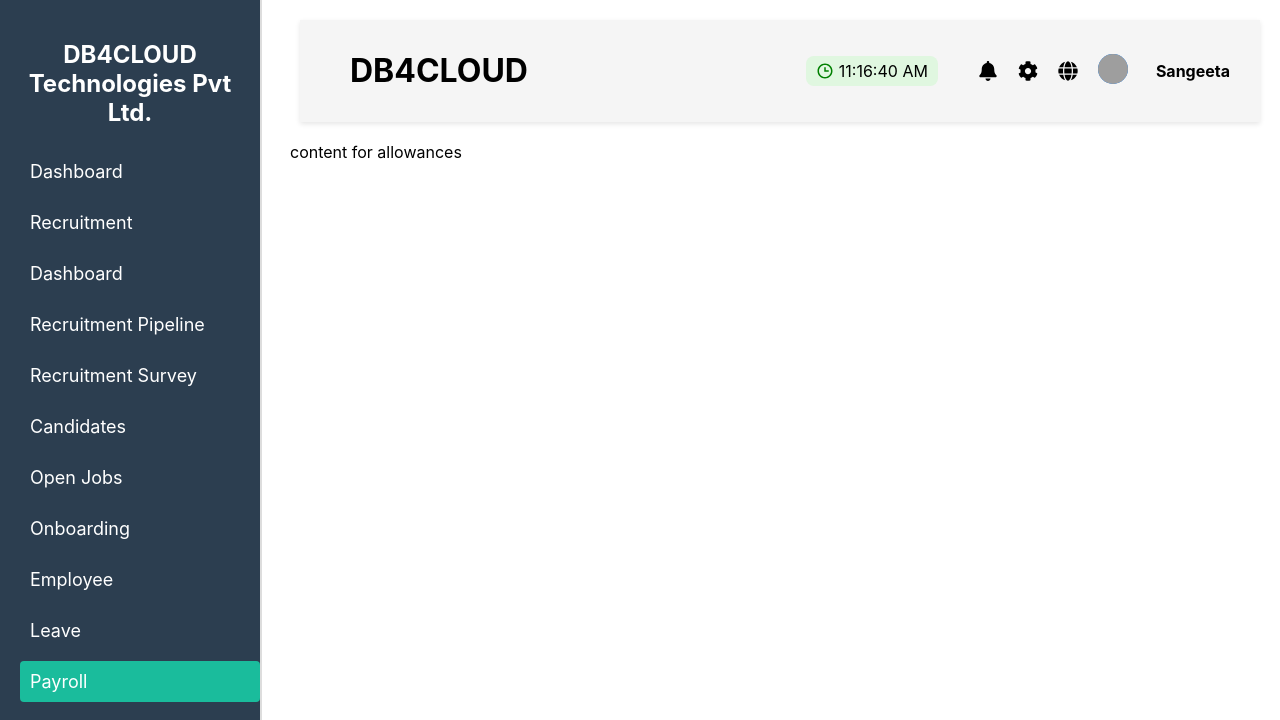
Repository: tinu-ns/Dev-code
Page: /payroll/allowances (app in HRMS-DEMO-Sang/hrms/)
An editor plug-in stored every save of this project. The page is shown before and after the next save, followed by the edit.
The browser window is 1280 px wide. The pictures show the whole page.
Pictures or frames that could not be fetched are drawn as grey boxes. The project was rebuilt for these pictures with package versions that can differ from the ones it lists, and the page was loaded fresh each time. Also part of the build but not shown: HRMS-DEMO-Sang/hrms/src/components/Dashboard.js, HRMS-DEMO-Sang/hrms/src/components/Recruitment.js, HRMS-DEMO-Sang/hrms/src/components/Leave.js, HRMS-DEMO-Sang/hrms/src/components/Employee.js, HRMS-DEMO-Sang/hrms/src/components/MainContent.css, HRMS-DEMO-Sang/hrms/src/components/MainContent.js, HRMS-DEMO-Sang/hrms/src/components/RightSidebar.css, HRMS-DEMO-Sang/hrms/src/components/RightSidebar.js and 7 more. Imported but missing from the stored project, and not drawn on this page: HRMS-DEMO-Sang/hrms/src/components/Onboarding, HRMS-DEMO-Sang/hrms/src/components/Performance.

Above is the page before, as saved 2024-11-06 15:15:25.

### HRMS-DEMO-Sang/hrms/src/App.js
// App.js
import React from 'react';
import { BrowserRouter as Router, Route, Routes, Navigate } from 'react-router-dom';
import Sidebar from './components/Sidebar';
import Dashboard from './components/Dashboard';
import Recruitment from './components/Recruitment';
import Onboarding from './components/Onboarding';
import Performance from './components/Performance';
//import Payroll from './components/Payroll/Payroll';
import Leave from './components/Leave';
import Employee from './components/Employee';
import Header from './components/Header';
import MainContent from './components/MainContent';
import RightSidebar from './components/RightSidebar';
import RecruitmentDashboard from './components/Recruitment/RecruitmentDashboard';
import RecruitmentPipeline from './components/Recruitment/RecruitmentPipeline';
import Allowances from './components/Payroll/Allowances';
import Contract from './components/Payroll/Contract';
import Deductions from './components/Payroll/Deductions';
import Payslips from './components/Payroll/Payslips';
import PayrollDashboard from './components/Payroll/PayrollDashboard';
import EmployeeDashboard from './components/Employee/EmployeeDashboard';


import './App.css';

function App() {
  return (
    <Router>
      <div className="app">
        <Sidebar />
        <div className='content-container'>
          <Header />
          <div className="main-section">
            <Routes>
              {/* Main Dashboard Route */}
              <Route path="/" element={<><MainContent /><RightSidebar /></>} />

              {/* Subpage Routes */}
              <Route path="/dashboard" element={<Dashboard />} />
              <Route path="/recruitment" element={<Recruitment />} />
              <Route path="/recruitment/dashboard" element={<RecruitmentDashboard />} />
              <Route path="/recruitment/pipeline" element={<RecruitmentPipeline />} />
              <Route path="/recruitment/survey" element={<div>Survey Page</div>} />
              <Route path="/recruitment/candidates" element={<div>Candidates Page</div>} />
              <Route path="/recruitment/open-jobs" element={<div>Open Jobs Page</div>} />
              <Route path="/onboarding" element={<Onboarding />} />
              <Route path="/employee" element={<Employee />} />

              {/* Payroll Section Routes */}

              <Route path="/employee" element={<EmployeeDashboard />} />
            {/* Other routes */}
            <Route path="*" element={<Navigate to="/employee" />} />

              <Route path="/leave" element={<Leave />} />

              {/* Payroll Section Routes
              <Route path="/payroll" element={<Payroll />} />  */}
              <Route path="/payroll/allowances" element={<Allowances />} />
              <Route path="/payroll/contract" element={<Contract />} />
              <Route path="/payroll/deductions" element={<Deductions />} />
              <Route path="/payroll/payslips" element={<Payslips />} />
              <Route path="/payroll/payroll-dashboard" element={<PayrollDashboard />} />
              <Route path="/performance" element={<Performance />} />


              {/* Redirect unknown routes to main dashboard */}
              <Route path="*" element={<Navigate to="/" />} />
            </Routes>
          </div>
        </div>
      </div>
    </Router>
  );
}

export default App;

### HRMS-DEMO-Sang/hrms/src/components/Header.js
import React, {useState,useEffect} from 'react'
import {FaBell, FaCog, FaGlobe, FaSignOutAlt} from 'react-icons/fa'
import {BiTime} from 'react-icons/bi'
import './Header.css'

const Header = () => {
    const [currentTime, setCurrentTime] = useState('')
    const [showDropdown, setShowDropdown] = useState(false);

    const getCurrentTime = () => {
        const now = new Date()
        return now.toLocaleTimeString()   // Returns time as HH:MM:SS
    }

// Update time every second
useEffect(() => {
    const timer = setInterval(() => {
      setCurrentTime(getCurrentTime());
    }, 1000); // Update every 1000ms (1 second)

    // Cleanup interval on component unmount
    return () => clearInterval(timer);
  }, []); // Empty dependency array to run only on mount/unmount


    const toggleDropdown = () => {
        setShowDropdown(!showDropdown)
    }


  return (
    <header className='bg-container'>
      <div className='header'>
        <div className="header-left">
        <button className='menu-button'></button>
        <h1>DB4CLOUD</h1>
        </div>

        <div className="header-right">
          {/*  <p>You cannot mark attendence from this network</p> */}

                {/* Time display*/ }
                <div className="time-box">
                    <BiTime className='time-icon' />
                    <span>{currentTime}</span>
                </div>

                {/*Icons for notificatins, settings, etc. */}
                <FaBell className='icon' title='Notifications' />
                <FaCog className="icon" title="Settings" />
                <FaGlobe className='icon' title='Language' />

                {/* User Profile with dropdown*/ }

                <div className="user-profile" onClick={toggleDropdown}>
                    <div className="user-avatar">
                    < img src="https://th.bing.com/th/id/OIP.Pgv1PargHCECE7gCB5kJ-wHaKx?rs=1&pid=ImgDetMain"
                alt="user-Avatar" className="avatar" />
                    </div>
                    <span className="user-name">Sangeeta</span>

{showDropdown && (
    <div className="dropdown">
        <ul>
            <li>Profile</li>
            <li>Setting</li>
            <li>
                <FaSignOutAlt /> Logout
            </li>
        </ul>
    </div>
)}

</div>

     {  /*      <div className="user-info">
                <span className='user-name'>Shalu</span>
                < img src="https://th.bing.com/th/id/OIP.Pgv1PargHCECE7gCB5kJ-wHaKx?rs=1&pid=ImgDetMain"
                alt="user-Avatar" className="avatar" />
            </div>
            */ }
        </div>


      </div>

    </header>
  )
}

export default Header

### HRMS-DEMO-Sang/hrms/src/components/Payroll/Allowances.js
import React from 'react'

const Allowances = () => {
  return (
    <div>
      content for allowances
    </div>
  )
}

export default Allowances

### HRMS-DEMO-Sang/hrms/src/App.css
.app{
  display: flex;
  height: 100vh;
  background-color: #f4f4f4;
}

.content-container{
  flex-grow: 1;
  padding: 20px;
  background-color: #fff;
  margin-left: 200px;
  display: flex;
  flex-direction: column;

}

.main-section{
  display: flex;
  justify-content: space-between;
  padding: 20px;
}


.sidebar {
  width: 220px;
  background-color: #2c3e50;
  position: fixed;
  height: 100vh;
}

### HRMS-DEMO-Sang/hrms/src/components/Sidebar.css
 .container{
    display: flex;
    height: 100vh;
    margin-right: 50px;
}

/*
.content{
    flex-grow: 1;
    padding: 20px;
    padding-left: 50px;

}  */

.sidebar {
    width: 220px;
    height: 100vh;
    background-color: #503f2c;
    padding: 20px;
    color: white;
    height: 100vh;
    position: fixed;
    border-right: 2px solid #ddd;
    overflow-y: auto;        /* Allows vertical scrolling */
    position: fixed;
    margin-right: 200px;        /* Keeps sidebar fixed on the left side */

  }



  .sidebar h2{
    text-align: center;
    margin-bottom: 30px;
    font-size: 24px;
  }

  .sidebar-list{
    list-style-type: none;
    padding: 0;
  }


  .sidebar-list li{
    margin-bottom: 15px;
  }

  .sidebar-list li a {
    color: white;
    text-decoration: none;
    font-size: 18px;
    padding: 10px;
    border-radius: 4px;
    display: block;
  }

  .sidebar-list li a:hover{
    color: #1abc9c;
  }

  .sidebar-list li a.active{
    background-color: #1abc9c;
    color: white;
  }

  .sidebar {
    width: 250px;
    background-color: #2E3A46;
    color: #FFF;
    padding: 20px;
    height: 100vh;
  }

  .sidebar h2 {
    font-size: 1.5em;
    margin-bottom: 1em;
  }

  .sidebar ul {
    list-style: none;
    padding: 0;
  }

  .sidebar li {
    margin: 10px 0;
  }

  .sidebar li ul {
    margin-top: 5px;
  }

  .sidebar a {
    color: #FFF;
    text-decoration: none;
  }

  .sidebar a:hover {
    text-decoration: underline;
  }

  .sidebar a.active {
    color: #20c997;
  }

  .sidebar ul li a:hover, .menu-toggle:hover {
    background-color: #34495e;
  }

  .menu-toggle {
    background: none;
    border: none;
    color: #ecf0f1;
    font-size: 1rem;
    text-align: left;
    cursor: pointer;
    width: 100%;
    padding: 10px;
  }

  .submenu {
    list-style-type: none;
    padding-left: 20px;
  }

  .submenu li a {
    padding-left: 20px;
    font-size: 0.9rem;
  }

### HRMS-DEMO-Sang/hrms/src/components/Employee.css
/* EmployeeDashboard.css */
.employee-dashboard {
    padding: 20px;
  }

  .container {
    display: flex;
    justify-content: space-between;
    align-items: flex-start;
  }

  .month-year-selector {
    width: 40%;
  }

  .employee-details {
    width: 55%;
    padding: 10px;
    border: 1px solid #ccc;
    border-radius: 5px;
  }

  .calendar {
    margin-top: 10px;
    border: 1px solid #007bff;
    padding: 10px;
  }

  .calendar-month {
    display: grid;
    grid-template-columns: repeat(7, 1fr); /* 7 columns for the days */
    gap: 5px;
  }

  .calendar-day {
    padding: 10px;
    background-color: #f0f0f0;
    text-align: center;
    cursor: pointer;
    border: 1px solid #ccc;
    border-radius: 3px;
    transition: background-color 0.3s;
  }

  .calendar-day:hover {
    background-color: #d0e8ff;
  }

  .employee-chart {
    margin-top: 10px;
  }

  .employee-status {
    padding: 10px;
    border: 1px solid #ccc;
    border-radius: 5px;
    display: flex;
    justify-content: space-between;
    margin-bottom: 5px;
  }

  .draft { background-color: #fff3cd; }
  .reviewed { background-color: #cce5ff; }
  .confirmed { background-color: #d4edda; }
  .paid { background-color: #d1ecf1; }

### HRMS-DEMO-Sang/hrms/src/components/Header.css
.bg-container{
  padding-left: 30px;

}

.header {
    background-color: #f5f5f5;
    padding: 10px 20px;
    display: flex;
    justify-content: space-between;
    align-items: center;
    box-shadow: 0px 2px 5px rgba(0, 0, 0, 0.1);
  }

  .header-left {
    display: flex;
    align-items: center;
  }

  .menu-button {
    font-size: 24px;
    background: none;
    border: none;
    cursor: pointer;
  }

  .h1{
    margin-left: 15px;
    font-size: 24px;
    color: red! important ;
  }

  .header-right{
    display: flex;
    align-items: center;
  }

  .icon{
    margin-left: 20px;
    font-size: 20px;
    cursor: pointer;
  }

  .time-box {
    display: flex;
    align-items: center;
    background-color: #e0f7e0;
    padding: 5px 10px;
    border-radius: 8px;
    margin-right: 20px;
  }

  .time-icon {
    margin-right: 5px;
    font-size: 18px;
    color: green;
  }

  .user-profile{
    display: flex;
    align-items: center;
    cursor: pointer;
    position: relative;
  }

  .user-avatar{
    padding: 20px;
  }

  .avatar{
    width: 40px;
    height: 40px;
    background-color: #d4d4d4;
    border-radius: 50%;
    display: flex;
    justify-content: center;
    align-items: center;
    font-size: 18px;
    color: white;
    margin-right: 10px;

  }

  .user-name{
    font-weight: bold;
  }

  .dropdown{
    position: absolute;
    top: 50px;
    right: 0;
    background-color: #fff;
    box-shadow: 0px 2px 8px rgba(0, 0, 0, 0.1);
    border-radius: 5px;
    z-index: 100;
  }

  .dropdown ul {
    list-style-type: none;
    padding: 10px;
    margin: 0;
  }

  .dropdown ul li {
    padding: 10px 15px;
    cursor: pointer;
  }

  .dropdown ul li:hover {
    background-color: #f5f5f5;
  }

  .user-info {
    display: flex;
    align-items: center;
  }

  .user-name {
    margin-right: 10px;
  }

### HRMS-DEMO-Sang/hrms/src/components/Recruitment/RecruitmentPipeline.css
.pipeline-container {
    padding: 20px;
    background-color: #f5f5f5;
    border-radius: 8px;
  }

  .pipeline-section {
    margin-top: 20px;
  }

  .pipeline-section h3 {
    background-color: #f8f9fa;
    padding: 10px;
    border-left: 5px solid #ffa500;
  }

  .recruitment-table {
    width: 100%;
    border-collapse: collapse;
  }

  .recruitment-table th,
  .recruitment-table td {
    padding: 10px;
    border-bottom: 1px solid #ddd;
    text-align: left;
  }

  .recruitment-table th {
    background-color: #f1f1f1;
  }

  button {
    padding: 5px 10px;
    margin: 0 5px;
    border: none;
    border-radius: 4px;
    cursor: pointer;
  }

  button:hover {
    background-color: #ddd;
  }

### HRMS-DEMO-Sang/hrms/src/components/Payroll/PayrollDashboard.css
/* PayrollDashboard.css */
.payroll-dashboard {
  padding: 20px;
}

.status-containers {
  display: flex;
  justify-content: space-between;
  margin-bottom: 20px;
}

.status-container {
  background-color: #f0f0f0;
  border: 1px solid #ccc;
  padding: 10px;
  text-align: center;
  width: 18%;
}

.paid {
  background-color: #d4edda;
}
.confirmed {
  background-color: #cce5ff;
}
.review {
  background-color: #fff3cd;
}
.draft {
  background-color: #f8d7da;
}


.export-buttons {
  display: flex;
  gap: 10px;
  padding: 10px;
  text-align: center;
  cursor: pointer;
  width: 100px;


}

.export{
    color: #28a745;
    font-size: 15px;
    padding: 10px 15px;
    font-weight: 700;
    cursor: pointer;
    font-size: 15px;
    background-color:  #e3e8eb;
    border-radius: 5px;
    border: none;
}

.export:hover {
    background-color: rgb(152, 225, 152);
  }

.export-form {
  margin-top: 20px;
  border: 1px solid #ccc;
  padding: 20px;
  background-color: #f9f9f9;
  border: 1px solid #ccc;
  border-radius: 5px;
  width: 40%;
  display: flex;
  flex-direction: column;
  box-shadow: 0px 4px 8px rgba(0, 0, 0, 0.1);
}

.form-row {
    display: flex;
    gap: 20px;
    margin-bottom: 10px;
  }

  .form-group {
    display: flex;
    flex-direction: column;
    flex: 1;
  }

  .form-group label {
    margin-bottom: 5px;
    font-size: 14px;
    color: #333;
    font-weight: bold;
  }

.export-form label {
  display: block;
  margin-bottom: 10px;
}

.export-form input,
.export-form select {
    padding: 8px;
  border: 1px solid #ccc;
  border-radius: 5px;
}

.export-form button {
  margin-top: 10px;
  padding: 10px;
  background-color: #28a745;
  color: white;
  border: none;
  cursor: pointer;
}

.submit-button:hover {
    background-color: #218838;
  }

.status {
  display: flex;
  justify-content: space-around;
  gap: 20px;
}

.status-item {
  background-color: #f5f5f5;
  padding: 20px;
  width: 200px;
  text-align: center;
  border-radius: 8px;
  margin-bottom: 20px;
  box-shadow: 0px 4px 8px rgba(0, 0, 0, 0.1);
  border-top: 1px solid green;
}

.row-container {
  display: flex;
  align-items: center;
  justify-content: space-between; /* Space between calendar and export button */
  margin-bottom: 20px;
  background-color: #d4edda;
  text-align: center;

}

.calendar-container {
    margin-bottom: 20px;
  }


.date-selector {
  display: flex;
  flex-direction: row;
  padding: 10px;
}

.date-selector label {
  font-size: 14px;
  margin-bottom: 5px;
  margin-right: 10px;
  color: rgb(121, 5, 5);
  font-weight: bold;
  text-align: center;
}

.date-selector input[type="month"] {
  padding: 5px;
  border: 1px solid #ccc;
  border-radius: 5px;
  box-shadow: 0px 4px 8px rgba(0, 0, 0, 0.1);
}

.dashboard-content {
  display: grid;
  grid-template-columns: 1fr 1fr;
  gap: 20px;
}

.employee-payslips,
.contributions,
.contracts-ending,
.department-chart {
  background-color: #ffffff;
  border: 1px solid #e0e0e0;
  border-radius: 8px;
  padding: 20px;
}

.employee-payslips h3,
.contributions h3,
.contracts-ending h3,
.department-chart h3 {
  font-size: 16px;
  color: #333333;
  margin-bottom: 10px;
  text-align: center;
  padding-bottom: 10px;
}

.payslip-chart,
.chart-placeholder {
  height: 200px;
  background-color: hsl(335, 23%, 90%);
  border-radius: 8px;
  display: flex;
  align-items: center;
  justify-content: center;
}


.payslip-chart {
    height: 300px;
    border-radius: 8px;
    display: flex;
    align-items: center;
    justify-content: center;
    padding: 10px;
  }

  .contributions {
    margin-top: 20px;
  }


.employee-dropdown {
  width: 100%;
  padding: 8px;
  margin-bottom: 20px;
  border: 1px solid #ccc;
  border-radius: 5px;
}

table {
  width: 100%;
  border-collapse: collapse;
  margin-top: 10px;
}

th,
td {
  padding: 8px;
  text-align: left;
  border-bottom: 1px solid #ddd;
}

.avatar {
    display: inline-flex;
    align-items: center;
    justify-content: center;
    width: 30px;
    height: 30px;
    border-radius: 50%;
    background-color: #007bff;
    color: white;
    font-weight: bold;
    margin-right: 8px;
    font-size: 14px;
}

.no-contracts {
  text-align: center;
  color: #777;
  font-style: italic;
}

.department-chart {
    background-color: #ffffff;
    border: 1px solid #e0e0e0;
    border-radius: 8px;
    padding: 20px;
    text-align: center;
  }

  .department-chart h3 {
    font-size: 16px;
    color: #333333;
    margin-bottom: 10px;
  }

  .department-chart canvas {
    max-width: 300px; /* Adjust size if needed */
    margin: 0 auto;
  }

  .contracts-ending {
    background-color: #ffffff;
    border: 1px solid #e0e0e0;
    border-radius: 8px;
    padding: 20px;
    box-shadow: 0px 4px 8px rgba(0, 0, 0, 0.1);
    margin-bottom: 20px;
  }

  .contracts-header {
    display: flex;
    flex-direction: column;
    align-items: flex-start;
    margin-bottom: 15px;
  }

  .contracts-header h3 {
    font-size: 16px;
    color: #333333;
    margin: 0;
  }

  .contract-count {
    color: #888;
    font-size: 14px;
  }

  .contract-list {
    display: flex;
    flex-direction: column;
    gap: 10px;
  }

  .contract-item {
    display: flex;
    align-items: center;
    gap: 10px;
    padding: 10px;
    background-color: #f5f5f5;
    border-radius: 6px;
    transition: background-color 0.3s ease;
  }

  .contract-item:hover {
    background-color: #e8f8ff;
  }

  .contract-circle {
    width: 40px;
    height: 40px;
    background-color: #007bff;
    color: #ffffff;
    font-weight: bold;
    display: flex;
    align-items: center;
    justify-content: center;
    border-radius: 50%;
    font-size: 14px;
  }

  .contract-details {
    display: flex;
    flex-direction: column;
  }

  .employee-name {
    font-weight: 600;
    color: #333;
  }

  .contract-date {
    font-size: 13px;
    color: #555;
  }

### HRMS-DEMO-Sang/hrms/src/components/Employee/EmployeeDashboard.css
/* EmployeeDashboard.css */
.employee-dashboard {
    padding: 20px;
  }

  .container {
    display: flex;
    justify-content: space-between;
    align-items: flex-start;
  }

  .month-year-selector {
    width: 40%;
  }

  .employee-details {
    width: 55%;
    padding: 10px;
    border: 1px solid #ccc;
    border-radius: 5px;
  }

  .calendar {
    margin-top: 10px;
    border: 1px solid #007bff;
    padding: 10px;
  }

  .calendar-month {
    display: grid;
    grid-template-columns: repeat(7, 1fr); /* 7 columns for the days */
    gap: 5px;
  }

  .calendar-day {
    padding: 10px;
    background-color: #f0f0f0;
    text-align: center;
    cursor: pointer;
    border: 1px solid #ccc;
    border-radius: 3px;
    transition: background-color 0.3s;
  }

  .calendar-day:hover {
    background-color: #d0e8ff;
  }

  .employee-chart {
    margin-top: 10px;
  }

  .employee-status {
    padding: 10px;
    border: 1px solid #ccc;
    border-radius: 5px;
    display: flex;
    justify-content: space-between;
    margin-bottom: 5px;
  }

  .draft { background-color: #fff3cd; }
  .reviewed { background-color: #cce5ff; }
  .confirmed { background-color: #d4edda; }
  .paid { background-color: #d1ecf1; }

Loaded but not shown: HRMS-DEMO-Sang/hrms/public/index.html (common file); HRMS-DEMO-Sang/hrms/src/index.js (common file); HRMS-DEMO-Sang/hrms/src/index.css (common file); HRMS-DEMO-Sang/hrms/src/reportWebVitals.js (common file); HRMS-DEMO-Sang/hrms/src/components/Sidebar.js (102 lines, source omitted)

After the next save:
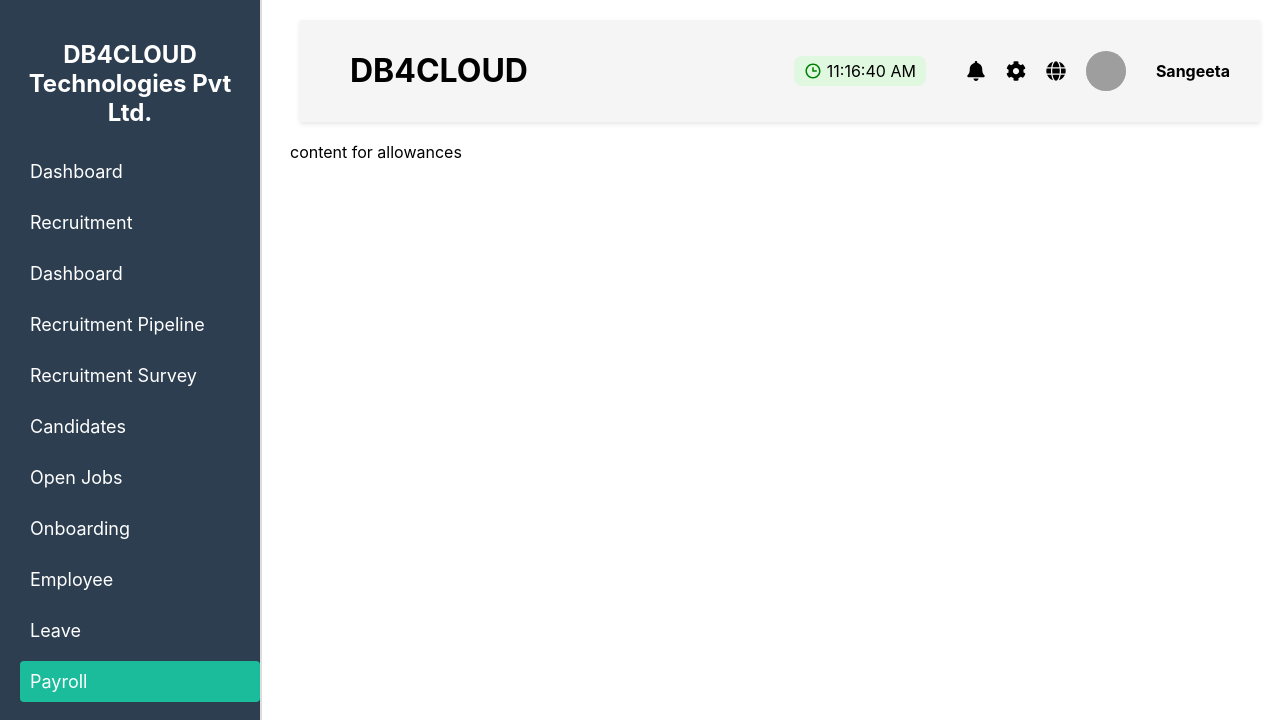
Saved 76 s later.
--- a/HRMS-DEMO-Sang/hrms/src/App.js
+++ b/HRMS-DEMO-Sang/hrms/src/App.js
@@ -1,17 +1,7 @@
-// App.js
 import React from 'react';
 import { BrowserRouter as Router, Route, Routes, Navigate } from 'react-router-dom';
 import Sidebar from './components/Sidebar';
 import Dashboard from './components/Dashboard';
-import Recruitment from './components/Recruitment';
-import Onboarding from './components/Onboarding';
-import Performance from './components/Performance';
-//import Payroll from './components/Payroll/Payroll';
-import Leave from './components/Leave';
-import Employee from './components/Employee';
-import Header from './components/Header';
-import MainContent from './components/MainContent';
-import RightSidebar from './components/RightSidebar';
 import RecruitmentDashboard from './components/Recruitment/RecruitmentDashboard';
 import RecruitmentPipeline from './components/Recruitment/RecruitmentPipeline';
 import Allowances from './components/Payroll/Allowances';
@@ -19,8 +9,9 @@ import Contract from './components/Payroll/Contract';
 import Deductions from './components/Payroll/Deductions';
 import Payslips from './components/Payroll/Payslips';
 import PayrollDashboard from './components/Payroll/PayrollDashboard';
-import EmployeeDashboard from './components/Employee/EmployeeDashboard';
-
+import Header from './components/Header';
+import MainContent from './components/MainContent';
+import RightSidebar from './components/RightSidebar';
 
 import './App.css';
 
@@ -29,41 +20,24 @@ function App() {
     <Router>
       <div className="app">
         <Sidebar />
-        <div className='content-container'>
+        <div className="content-container">
           <Header />
           <div className="main-section">
             <Routes>
               {/* Main Dashboard Route */}
               <Route path="/" element={<><MainContent /><RightSidebar /></>} />
+              <Route path="/dashboard" element={<Dashboard />} />
 
-              {/* Subpage Routes */}
-              <Route path="/dashboard" element={<Dashboard />} />
-              <Route path="/recruitment" element={<Recruitment />} />
+              {/* Recruitment Section */}
               <Route path="/recruitment/dashboard" element={<RecruitmentDashboard />} />
               <Route path="/recruitment/pipeline" element={<RecruitmentPipeline />} />
-              <Route path="/recruitment/survey" element={<div>Survey Page</div>} />
-              <Route path="/recruitment/candidates" element={<div>Candidates Page</div>} />
-              <Route path="/recruitment/open-jobs" element={<div>Open Jobs Page</div>} />
-              <Route path="/onboarding" element={<Onboarding />} />
-              <Route path="/employee" element={<Employee />} />
 
               {/* Payroll Section Routes */}
-
-              <Route path="/employee" element={<EmployeeDashboard />} />
-            {/* Other routes */}
-            <Route path="*" element={<Navigate to="/employee" />} />
-
-              <Route path="/leave" element={<Leave />} />
-
-              {/* Payroll Section Routes
-              <Route path="/payroll" element={<Payroll />} />  */}
+              <Route path="/payroll/payroll-dashboard" element={<PayrollDashboard />} />
               <Route path="/payroll/allowances" element={<Allowances />} />
               <Route path="/payroll/contract" element={<Contract />} />
               <Route path="/payroll/deductions" element={<Deductions />} />
               <Route path="/payroll/payslips" element={<Payslips />} />
-              <Route path="/payroll/payroll-dashboard" element={<PayrollDashboard />} />
-              <Route path="/performance" element={<Performance />} />
-
 
               {/* Redirect unknown routes to main dashboard */}
               <Route path="*" element={<Navigate to="/" />} />
